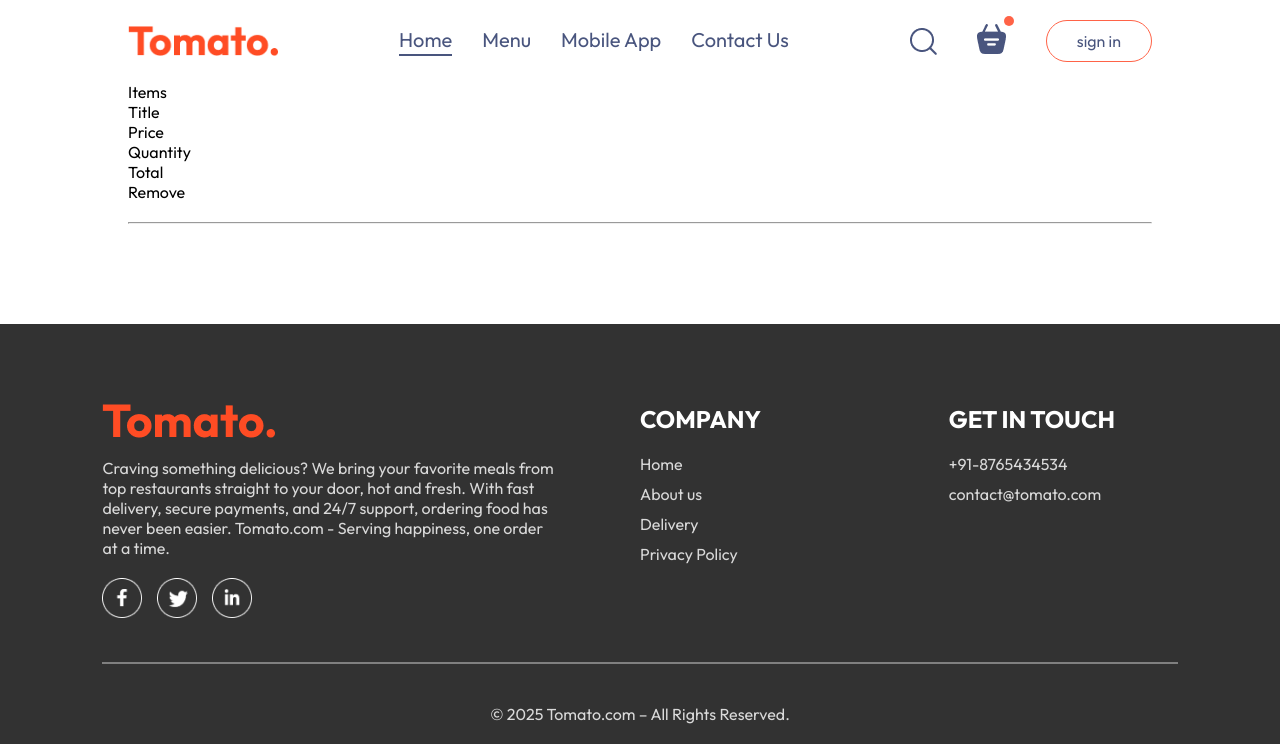
Repository: esakkiraj8104/FOOD_ORDER1
Page: /cart
The author's editor kept a copy of each file at every save. The page is drawn from the files as they stood at one save, then again after a run of saves.
The browser window is 1280 px wide. The pictures show the whole page.
The project was rebuilt for these pictures with package versions that can differ from the ones it lists, and the page was loaded fresh each time. Also part of the build but not shown: vite.config.js, src/components/Navbar/Header/Haeder.css, src/components/Navbar/Header/Header.jsx, src/components/Navbar/ExploreMenu/ExploreMenu.css, src/components/Navbar/ExploreMenu/ExploreMenu.jsx, src/components/Navbar/FoodDisplay/FoodDisplay.css, src/components/Navbar/FoodItem/FoodItem.css, src/components/Navbar/FoodItem/FoodItem.jsx and 7 more. Imported but missing from the stored project, and not drawn on this page: src/pages/PlaceOrder/PlaceOrder.

Above is the page before, as saved 2025-05-20 18:03:39.

### index.html
<!doctype html>
<html lang="en">
  <head>
    <meta charset="UTF-8" />
    <link rel="icon" type="image/svg+xml" href="/vite.svg" />
    <meta name="viewport" content="width=device-width, initial-scale=1.0" />
    <title>Tomoto food Web</title>
  </head>
  <body>
    <div id="root"></div>
    <script type="module" src="/src/main.jsx"></script>
  </body>
</html>

### src/main.jsx
import React from 'react'
import ReactDOM from 'react-dom/client'
import './index.css'
import App from './App.jsx'
import {BrowserRouter} from 'react-router-dom'
import StoreContextProvider from './Context/StoreContext.jsx'

ReactDOM.createRoot(document.getElementById('root')).render(
  <BrowserRouter>
    <StoreContextProvider>
      <App />
    </StoreContextProvider>

  </BrowserRouter>

)

### src/index.css
@import url('https://fonts.googleapis.com/css2?family=Outfit:wght@100..900&display=swap');

*{
  padding: 0;
  margin: 0;
  box-sizing: border-box;
  font-family: outfit;
  scroll-behavior: smooth;
}
body{
  min-height: 100vh;
}
a{
  text-decoration :none;
  color: inherit;
}
.app{
  width: 80%;
  margin: auto;
}

@keyframes fadeIn {
  0%{
    opacity: 0;
  }
  100%{
    opacity: 1;
  }
}

### src/App.jsx
import React,{ useState } from 'react'
import { Route, Routes } from 'react-router-dom'
import Home from './pages/Home/Home'
import Cart from './pages/Cart/Cart'
import PlaceOrder from './pages/PlaceOrder/PlaceOrder'
import Navbar from './components/Navbar/Navbar/Navbar'
import Footer from './components/Navbar/Footer/Footer'
import LoginPopup from './components/LoginPopup/LoginPopup'

const App = () => {

  const[showLogin,setShowLogin]= useState(false)
  return (

    <>
    {showLogin?<LoginPopup setShowLogin={setShowLogin}/>:<></>}
      <div className='app'>
        <Navbar setShowLogin={setShowLogin}/>
        <Routes >
          <Route path='/' element={<Home />} />
          <Route path='/cart' element={<Cart />} />
          <Route path='/order' element={<PlaceOrder />} />
        </Routes>
      </div>
      <Footer />

    </>


  )
}

export default App

### src/Context/StoreContext.jsx
import { createContext, useEffect, useState } from "react";
import { food_list } from "../assets/assets";

export const StoreContext = createContext(null)

const StoreContextProvider = (props) => {

    const [cartItems,setCartItems]= useState({});

    const addToCart = (itemId) => {
        if (!cartItems[itemId]) {
            setCartItems((prev)=>({...prev,[itemId]:1}))
        }
        else{
            setCartItems((prev)=>({...prev,[itemId]:prev[itemId]+1}))
        }
    }

    const removeFromCart = (itemId) =>{
        setCartItems((prev)=>({...prev,[itemId]:prev[itemId]-1}))
    }

    useEffect(()=>{
        console.log(cartItems);
    },[cartItems])

    const contextValue = {
        food_list,
        cartItems,
        setCartItems,
        addToCart,
        removeFromCart

    }
    return (
        <StoreContext.Provider value={contextValue}>
            {props.children}
        </StoreContext.Provider>
    )
}

export default StoreContextProvider;

### src/pages/Cart/Cart.jsx
import React, { useContext } from 'react'
import './Cart.css'
import {StoreContext} from '../../Context/StoreContext'
const Cart = () => {


    const {cartItems,food_list,removeFromCart}= useContext(StoreContext);
  return (
    <div className='cart'>
        <div className="cart-items">
          <div className="cart-items-title">
            <p>Items</p>
            <p>Title</p>
            <p>Price</p>
            <p>Quantity</p>
            <p>Total</p>
            <p>Remove</p>
          </div>
          <br />
          <hr />
        </div>
    </div>
  )
}

export default Cart

### src/components/Navbar/Navbar/Navbar.jsx
import React, { useState } from 'react'
import './Navbar.css'
import { assets } from '../../../assets/assets'
import { Link } from 'react-router-dom';
const Navbar = ({setShowLogin}) => {

    const [menu,setMenu] = useState("home");
  return (
    <div className='navbar'>
        <img src={assets.logo} alt="" className="logo" />
        <ul className="navbar-menu">
        <Link to='/'className={menu === "home" ? "active" : ""} onClick={() => setMenu("home")}>Home</Link>
        <a href='#explore-menu' className={menu === "menu" ? "active" : ""} onClick={() => setMenu("menu")}>Menu</a>
        <a href='#app-download'className={menu === "mobile-app" ? "active" : ""} onClick={() => setMenu("mobile-app")}>Mobile App</a>
        <a href='#footer'className={menu === "contact us" ? "active" : ""} onClick={() => setMenu("contact us")}>Contact Us</a>
        </ul>
        <div className="navbar-right">
            <img src={assets.search_icon} alt="" />
            <div className="navbar-search-icon">
                <Link to='/cart'><img src={assets.basket_icon} alt="" /></Link>
                <div className="dot"></div>
            </div>
            <button onClick={()=>setShowLogin(true)}>sign in</button>
        </div>
    </div>
  )
}

export default Navbar

### src/components/Navbar/Footer/Footer.jsx
import React from 'react'
import './Footer.css'
import { assets } from '../../../assets/assets'

const Footer = () => {
  return (

    <div className='footer' id='footer'>
      <div className="footer-content">
        <div className="footer-content-left">
          <img src={assets.logo} alt="" />
          <p>Craving something delicious? We bring your favorite meals from top restaurants straight to your door, hot and fresh.
            With fast delivery, secure payments, and  24/7 support, ordering food has never been easier.
            Tomato.com - Serving happiness, one order at a time.</p>
          <div className="footer-social-icons">
            <img src={assets.facebook_icon} alt="" />
            <img src={assets.twitter_icon} alt="" />
            <img src={assets.linkedin_icon} alt="" />
          </div>
        </div>
        <div className="footer-content-center">
          <h2>COMPANY</h2>
          <ul>
            <li>Home</li>
            <li>About us</li>
            <li>Delivery</li>
            <li>Privacy Policy</li>
          </ul>
        </div>
        <div className="footer-content-right">
          <h2>GET IN TOUCH</h2>
          <ul>
            <li>+91-8765434534</li>
            <li>contact@tomato.com</li>
          </ul>
        </div>
      </div>
      <hr />
      <p className="footer-copyright">© 2025 Tomato.com – All Rights Reserved.</p>
    </div>
  )
}

export default Footer

### src/assets/assets.js
import basket_icon from './basket_icon.png'
import logo from './logo.png'
import header_img from './header_img.png'
import search_icon from './search_icon.png'
import menu_1 from './menu_1.png'
import menu_2 from './menu_2.png'
import menu_3 from './menu_3.png'
import menu_4 from './menu_4.png'
import menu_5 from './menu_5.png'
import menu_6 from './menu_6.png'
import menu_7 from './menu_7.png'
import menu_8 from './menu_8.png'

import food_1 from './food_1.png'
import food_2 from './food_2.png'
import food_3 from './food_3.png'
import food_4 from './food_4.png'
import food_5 from './food_5.png'
import food_6 from './food_6.png'
import food_7 from './food_7.png'
import food_8 from './food_8.png'
import food_9 from './food_9.png'
import food_10 from './food_10.png'
import food_11 from './food_11.png'
import food_12 from './food_12.png'
import food_13 from './food_13.png'
import food_14 from './food_14.png'
import food_15 from './food_15.png'
import food_16 from './food_16.png'
import food_17 from './food_17.png'
import food_18 from './food_18.png'
import food_19 from './food_19.png'
import food_20 from './food_20.png'
import food_21 from './food_21.png'
import food_22 from './food_22.png'
import food_23 from './food_23.png'
import food_24 from './food_24.png'
import food_25 from './food_25.png'
import food_26 from './food_26.png'
import food_27 from './food_27.png'
import food_28 from './food_28.png'
import food_29 from './food_29.png'
import food_30 from './food_30.png'
import food_31 from './food_31.png'
import food_32 from './food_32.png'

import add_icon_white from './add_icon_white.png'
import add_icon_green from './add_icon_green.png'
import remove_icon_red from './remove_icon_red.png'
import app_store from './app_store.png'
import play_store from './play_store.png'
import linkedin_icon from './linkedin_icon.png'
import facebook_icon from './facebook_icon.png'
import twitter_icon from './twitter_icon.png'
import cross_icon from './cross_icon.png'
import selector_icon from './selector_icon.png'
import rating_starts from './rating_starts.png'
import profile_icon from './profile_icon.png'
import bag_icon from './bag_icon.png'
import logout_icon from './logout_icon.png'
import parcel_icon from './parcel_icon.png'

export const assets = {
    logo,
    basket_icon,
    header_img,
    search_icon,
    rating_starts,
    add_icon_green,
    add_icon_white,
    remove_icon_red,
    app_store,
    play_store,
    linkedin_icon,
    facebook_icon,
    twitter_icon,
    cross_icon,
    selector_icon,
    profile_icon,
    logout_icon,
    bag_icon,
    parcel_icon
}

export const menu_list = [
    {
        menu_name: "Salad",
        menu_image: menu_1
    },
    {
        menu_name: "Rolls",
        menu_image: menu_2
    },
    {
        menu_name: "Deserts",
        menu_image: menu_3
    },
    {
        menu_name: "Sandwich",
        menu_image: menu_4
    },
    {
        menu_name: "Cake",
        menu_image: menu_5
    },
    {
        menu_name: "Pure Veg",
        menu_image: menu_6
    },
    {
        menu_name: "Pasta",
        menu_image: menu_7
    },
    {
        menu_name: "Noodles",
        menu_image: menu_8
    }]

export const food_list = [
    {
        _id: "1",
        name: "Greek salad",
        image: food_1,
        price: 12,
        description: "Food provides essential nutrients for overall health and well-being",
        category: "Salad"
    },
    {
        _id: "2",
        name: "Veg salad",
        image: food_2,
        price: 18,
        description: "Food provides essential nutrients for overall health and well-being",
        category: "Salad"
    }, {
        _id: "3",
        name: "Clover Salad",
        image: food_3,
        price: 16,
        description: "Food provides essential nutrients for overall health and well-being",
        category: "Salad"
    }, {
        _id: "4",
        name: "Chicken Salad",
        image: food_4,
        price: 24,
        description: "Food provides essential nutrients for overall health and well-being",
        category: "Salad"
    }, {
        _id: "5",
        name: "Lasagna Rolls",
        image: food_5,
        price: 14,
        description: "Food provides essential nutrients for overall health and well-being",
        category: "Rolls"
    }, {
        _id: "6",
        name: "Peri Peri Rolls",
        image: food_6,
        price: 12,
        description: "Food provides essential nutrients for overall health and well-being",
        category: "Rolls"
    }, {
        _id: "7",
        name: "Chicken Rolls",
        image: food_7,
        price: 20,
        description: "Food provides essential nutrients for overall health and well-being",
        category: "Rolls"
    }, {
        _id: "8",
        name: "Veg Rolls",
        image: food_8,
        price: 15,
        description: "Food provides essential nutrients for overall health and well-being",
        category: "Rolls"
    }, {
        _id: "9",
        name: "Ripple Ice Cream",
        image: food_9,
        price: 14,
        description: "Food provides essential nutrients for overall health and well-being",
        category: "Deserts"
    }, {
        _id: "10",
        name: "Fruit Ice Cream",
        image: food_10,
        price: 22,
        description: "Food provides essential nutrients for overall health and well-being",
        category: "Deserts"
    }, {
        _id: "11",
        name: "Jar Ice Cream",
        image: food_11,
        price: 10,
        description: "Food provides essential nutrients for overall health and well-being",
        category: "Deserts"
    }, {
        _id: "12",
        name: "Vanilla Ice Cream",
        image: food_12,
        price: 12,
        description: "Food provides essential nutrients for overall health and well-being",
        category: "Deserts"
    },
    {
        _id: "13",
        name: "Chicken Sandwich",
        image: food_13,
        price: 12,
        description: "Food provides essential nutrients for overall health and well-being",
        category: "Sandwich"
    },
    {
        _id: "14",
        name: "Vegan Sandwich",
        image: food_14,
        price: 18,
        description: "Food provides essential nutrients for overall health and well-being",
        category: "Sandwich"
    }, {
        _id: "15",
        name: "Grilled Sandwich",
        image: food_15,
        price: 16,
        description: "Food provides essential nutrients for overall health and well-being",
        category: "Sandwich"
    }, {
        _id: "16",
        name: "Bread Sandwich",
        image: food_16,
        price: 24,
        description: "Food provides essential nutrients for overall health and well-being",
        category: "Sandwich"
    }, {
        _id: "17",
        name: "Cup Cake",
        image: food_17,
        price: 14,
        description: "Food provides essential nutrients for overall health and well-being",
        category: "Cake"
    }, {
        _id: "18",
        name: "Vegan Cake",
        image: food_18,
        price: 12,
        description: "Food provides essential nutrients for overall health and well-being",
        category: "Cake"
    }, {
        _id: "19",
        name: "Butterscotch Cake",
        image: food_19,
        price: 20,
        description: "Food provides essential nutrients for overall health and well-being",
        category: "Cake"
    }, {
        _id: "20",
        name: "Sliced Cake",
        image: food_20,
        price: 15,
        description: "Food provides essential nutrients for overall health and well-being",
        category: "Cake"
    }, {
        _id: "21",
        name: "Garlic Mushroom ",
        image: food_21,
        price: 14,
        description: "Food provides essential nutrients for overall health and well-being",
        category: "Pure Veg"
    }, {
        _id: "22",
        name: "Fried Cauliflower",
        image: food_22,
        price: 22,
        description: "Food provides essential nutrients for overall health and well-being",
        category: "Pure Veg"
    }, {
        _id: "23",
        name: "Mix Veg Pulao",
        image: food_23,
        price: 10,
        description: "Food provides essential nutrients for overall health and well-being",
        category: "Pure Veg"
    }, {
        _id: "24",
        name: "Rice Zucchini",
        image: food_24,
        price: 12,
        description: "Food provides essential nutrients for overall health and well-being",
        category: "Pure Veg"
    },
    {
        _id: "25",
        name: "Cheese Pasta",
        image: food_25,
        price: 12,
        description: "Food provides essential nutrients for overall health and well-being",
        category: "Pasta"
    },
    {
        _id: "26",
        name: "Tomato Pasta",
        image: food_26,
        price: 18,
        description: "Food provides essential nutrients for overall health and well-being",
        category: "Pasta"
    }, {
        _id: "27",
        name: "Creamy Pasta",
        image: food_27,
        price: 16,
        description: "Food provides essential nutrients for overall health and well-being",
        category: "Pasta"
    }, {
        _id: "28",
        name: "Chicken Pasta",
        image: food_28,
        price: 24,
        description: "Food provides essential nutrients for overall health and well-being",
        category: "Pasta"
    }, {
        _id: "29",
        name: "Buttter Noodles",
        image: food_29,
        price: 14,
        description: "Food provides essential nutrients for overall health and well-being",
        category: "Noodles"
    }, {
        _id: "30",
        name: "Veg Noodles",
        image: food_30,
        price: 12,
        description: "Food provides essential nutrients for overall health and well-being",
        category: "Noodles"
    }, {
        _id: "31",
        name: "Somen Noodles",
        image: food_31,
        price: 20,
        description: "Food provides essential nutrients for overall health and well-being",
        category: "Noodles"
    }, {
        _id: "32",
        name: "Cooked Noodles",
        image: food_32,
        price: 15,
        description: "Food provides essential nutrients for overall health and well-being",
        category: "Noodles"
    }
]

### src/components/Navbar/Navbar/Navbar.css
.navbar{
    padding: 20px 0px;
    display: flex;
    justify-content: space-between;
    align-items: center;
}

.navbar .logo{
    width: 150px;
}

.navbar-menu{
    display: flex;
    list-style: none;
    gap: 30px;
    color: #49557e;
    font-size: 20px;
}

.navbar-right{
    display: flex;
    align-items: center;
    gap: 40px;
}

.navbar button{
    background: transparent;
    font-size: 16px;
    color: #49557e;
    border: 1px solid tomato;
    padding: 10px 30px;
    border-radius: 50px;
    cursor: pointer;
    transition: 0.3;
}

.navbar button:hover{
    background-color: #fff4f2;
}

.navbar .active{
    padding-bottom: 2px;
    border-bottom: 2px solid #49557e;
}

.navbar li{
    cursor: pointer;
}

.navbar-search-icon{
    position:relative;
}

.navbar-search-icon .dot{
    position: absolute;
    min-width: 10px;
    min-height: 10px;
    background-color: tomato;
    border-radius: 5px;
    top: -8px;
    right: -8px;
}
@media(max-width:1050px) {
    .navbar .logo{
        width: 140px;
    }
    .navbar-menu{
        gap: 20px;
        font-size: 17px;
    }
    .navbar-right{
        gap: 30px;
    }
    .navbar-right img{
        width: 22px;
    }
    .navbar-right button{
        padding: 8px 25px;
    }
}
@media(max-width:900px) {
    .navbar .logo{
        width: 120px;
    }
    .navbar-menu{
        gap: 15px;
        font-size: 16px;
    }
    .navbar-right{
        gap: 20px;
    }
    .navbar-right img{
        width: 20px;
    }
    .navbar-right button{
        padding: 7px 20px;
        font-size: 15px;
    }
}
@media(max-width:750px) {
    .navbar-menu{
        display: none;
    }
}

### src/components/Navbar/Footer/Footer.css
.footer{
    color: #d9d9d9;
    background: #323232;
    display: flex;
    flex-direction: column;
    align-items: center;
    gap: 20px;
    padding: 20px 8vw;
    padding-top: 80px;
    margin-top: 100px;

}

.footer-content{
    width: 100%;
    display: grid;
    grid-template-columns: 2fr 1fr 1fr;
    gap: 80px;
}
.footer-content-left, .footer-content-right, .footer-content-center{
    display: flex;
    flex-direction: column;
    align-items: start;
    gap: 20px;
}
.footer-content-left li, .footer-content-right li, .footer-content-center li{
    list-style: none;
    margin-bottom: 10px;
    cursor: pointer;
}
.footer-content-right h2, .footer-content-center h2 {
    color: white;
}
.footer-social-icons img{
    width: 40px;
    margin-right: 15px;
}
.footer hr{
    width: 100%;
    height: 2px;
    margin: 20px 0;
    background-color: grey;
    border: none;
}
@media (max-width:750px) {
    .footer-content{
        display: flex;
        flex-direction: column;
        gap: 35px;
    }
    .footer-copyright{
        text-align: center;
    }
}

Loaded but not shown: src/pages/Cart/Cart.css (no copy from this time; the picture is the same without it); src/pages/Home/Home.css (no stored copy; drawn as an empty file)

After the next 8 saves:
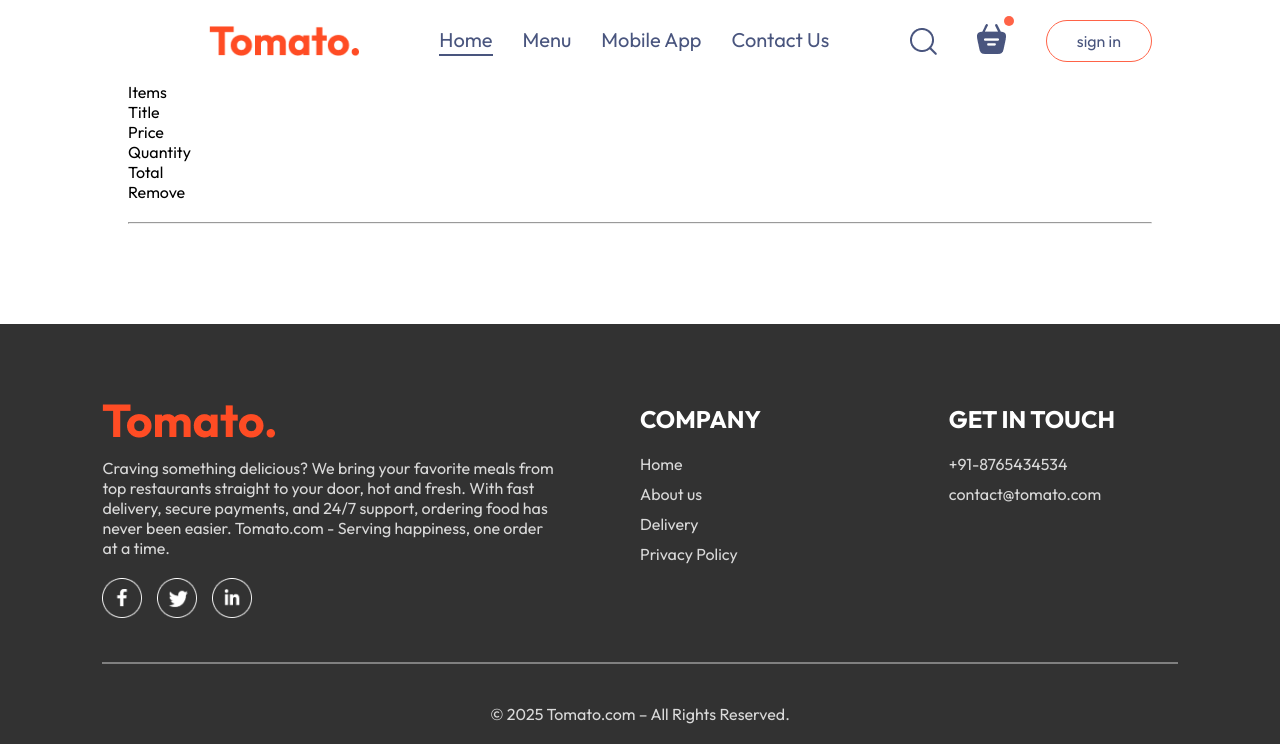
The 8 saves are shown as one change because 3 did not build or start and some came seconds apart.
The last was saved 35 s later.
--- a/src/components/Navbar/Navbar/Navbar.jsx
+++ b/src/components/Navbar/Navbar/Navbar.jsx
@@ -7,7 +7,7 @@ const Navbar = ({setShowLogin}) => {
     const [menu,setMenu] = useState("home");
   return (
     <div className='navbar'>
-        <img src={assets.logo} alt="" className="logo" />
+        <Link to='/'></Link><img src={assets.logo} alt="" className="logo" />
         <ul className="navbar-menu">
         <Link to='/'className={menu === "home" ? "active" : ""} onClick={() => setMenu("home")}>Home</Link>
         <a href='#explore-menu' className={menu === "menu" ? "active" : ""} onClick={() => setMenu("menu")}>Menu</a>
